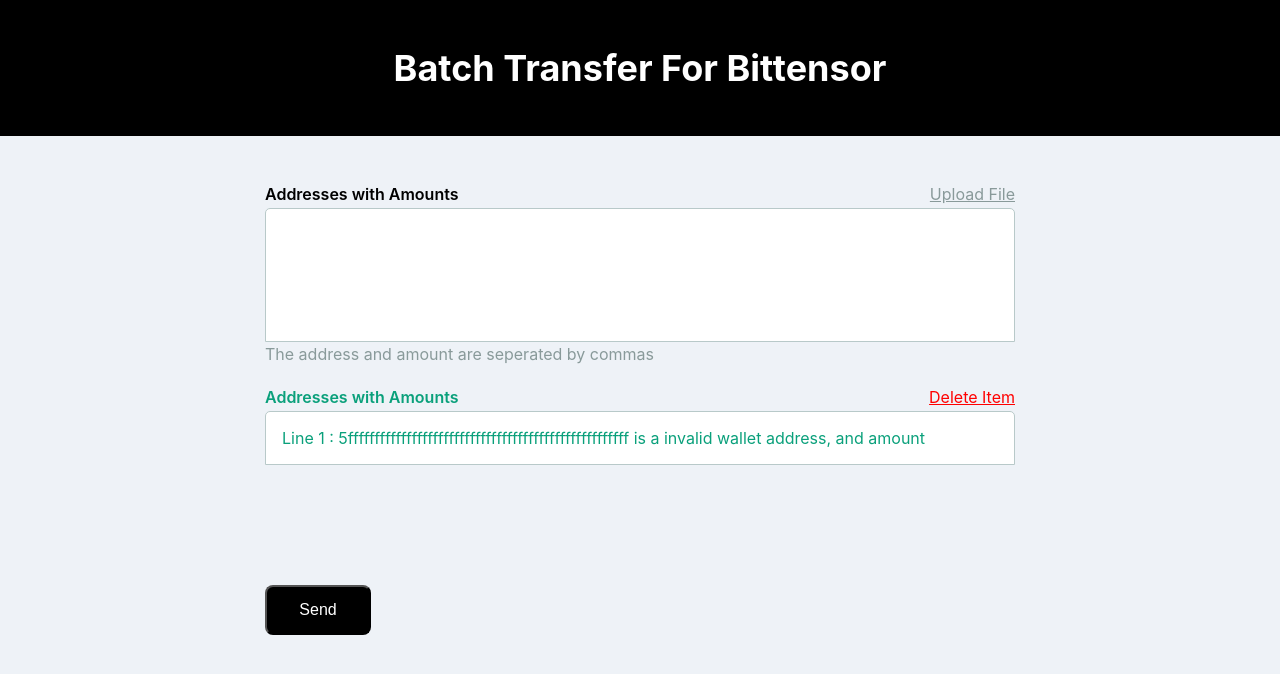
Repository: Dawid-Ace/batch_transfer_tao_master_ui
Page: /
An editor plug-in stored every save of this project. The page is shown before and after the next save, followed by the edit.
The browser window is 1280 px wide. The pictures show the whole page.
The project was rebuilt for these pictures with package versions that can differ from the ones it lists, and the page was loaded fresh each time.

Above is the page before, as saved 2023-05-10 04:46:56.

### src/App.js
import './App.css';
import { TransferForm } from './components/TransferForm';

function App() {
  return (
    <div className="app-container">
      <div className="header-container">
        Batch Transfer For Bittensor
      </div>

      <div className="main-container">
        <TransferForm />
      </div>
    </div>
  );
}

export default App;

### src/App.css
.app-container {
	display: flex;
	flex-direction: column;
	position: relative;
	width: 100%;
	height: 100vh;
}

.header-container {
	display: flex;
	justify-content: center;
	align-items: center;
	padding-top: 46px;
	padding-bottom: 46px;
	background-color: black;
	font-size: 36px;
	color: white;
	font-weight: 700;
}

.main-container {
	display: flex;
	justify-content: center;
	padding-top: 46px;
	background-color: rgb(238, 242, 247);
	height: 100%;
}

### src/components/TransferForm/index.jsx
import React, { useEffect, useState } from "react";
import styled from 'styled-components';
export const TransferForm = () => {
  /*
  const fetchUserBalance = async address => {
    const res = await api.query.system.account(address);
    if (res.isEmpty) return 0;
    const { data } = res.toJSON();
    return data.free / UNIT;
  };

  const fetchAndSetUserBalance = async () => {
    const _balance = await fetchUserBalance(currentAccount.address);
    setBalance(_balance);
  };

  const getFromAccount = async () => {
    const {
      address,
      meta: { source, isInjected }
    } = currentAccount;

    if (!isInjected) {
      return [currentAccount];
    }

    // currentAccount is injected from polkadot-JS extension, need to return the addr and signer object.
    // ref: https://polkadot.js.org/docs/extension/cookbook#sign-and-send-a-transaction
    const injector = await web3FromSource(source);
    return [address, { signer: injector.signer }];
  };

  const txResHandler = ({ status }) => {
    setTxStatus({
      visible: true,
      ...(status.isFinalized
        ? { type: 'success', message: 'Success' }
        : { type: 'info', message: `Current transaction status: ${status.type}` })
    });
    if (status.isFinalized) fetchInfo();
  };

  const txErrHandler = err => {
    setTxStatus({ visible: true, type: 'error', message: `😞 Transaction Failed: ${err.toString()}` });
  };

  const submitTx = async tx => {
    setPending(true);
    const fromAccount = await getFromAccount();
    tx.signAndSend(...fromAccount, txResHandler)
      .catch(txErrHandler)
      .finally(() => setPending(false));
  };

  const onUnstake = () => {
    submitTx(api.tx.subtensorModule.removeStake(HOTKEY, Math.floor(amount * UNIT)));
  };
  */

  const [inputMode, setInputMode] = useState('input');
  const isInputMode = inputMode === 'input';

  const FlexWrapper = styled.div`
    display: flex;
    justify-content: space-between;
    items-align: center;
  `

  const Label = styled.p`
    font-weight: 600;
    font-size: 16px;
    line-height: 160%;
    margin: 0px;
  `;

  const Switch = styled.p`
    color: ${(props) => props.color || '#899A9A'};
    font-size: 16px;
    font-weight: 400;
    line-height: 160%;
    text-decoration: underline;
    margin: 0px;
    cursor: pointer;
  `

  const FormWrapper = styled.form`
    max-width: 750px;
    min-width: 750px;
    display: flex;
    flex-direction: column;
    flex-grow: 1;
    position: relative;
  `;

  const FormInput = styled.div`
    border: solid 1px #B8C9C9;
    border-top-left-radius: 5px;
    border-top-right-radius: 5px;
    padding: 16px;
    background-color: white;
    min-height: 100px;
  `

  const DragAndDrop = styled.div`
    display: flex;
    flex-direction: column;
    justify-content: center;
    align-items: center;
    gap: 17px;


    cursor: pointer;
    border: solid 1px #B8C9C9;
    border-top-left-radius: 5px;
    border-top-right-radius: 5px;
    padding: 20px;
    background-color: white;
    min-height: 100px;
  `

  const Comment = styled.div`
    color: #899A9A;
    font-weight: 400;
    font-size: 16px;
    line-height: 160%;
  `
  const SendButton = styled.button`
    width: 106px;
    height: 50px;
    background: #000000;
    border-radius: 8px;
    font-weight: 400;
    font-size: 16px;
    line-height: 160%;
    color: white;
    margin-top: 120px;
  `

  const ResultWrapper = styled.div`
    display: flex;
    flex-direction: column;
    color: ${(props) => props.color};
    border-color: red;
    margin-top: 18px;
 `

  const ResultListItem = styled.div`
    border: solid 1px #B8C9C9;
    border-top-left-radius: 5px;
    border-top-right-radius: 5px;
    padding: 16px;
    background-color: white;
  `

  return (
    <FormWrapper>
      <FlexWrapper>
        <Label> Addresses with Amounts </Label>

        <Switch onClick={() =>
          setInputMode(prev => prev === 'input' ? 'upload' : 'input')
        }>
          {isInputMode ? 'Upload File' : 'Insert Manually'}
        </Switch>
      </FlexWrapper>

      {
        isInputMode ?
          <FormInput contentEditable placeholder="Insert address and amount, seperate with comma" />
          :
          <DragAndDrop>
            <svg width="18" height="20" viewBox="0 0 18 20" fill="none" xmlns="http://www.w3.org/2000/svg">
              <path d="M1 18H17C17.2652 18 17.5196 18.1054 17.7071 18.2929C17.8946 18.4804 18 18.7348 18 19C18 19.2652 17.8946 19.5196 17.7071 19.7071C17.5196 19.8946 17.2652 20 17 20H1C0.734784 20 0.48043 19.8946 0.292893 19.7071C0.105357 19.5196 0 19.2652 0 19C0 18.7348 0.105357 18.4804 0.292893 18.2929C0.48043 18.1054 0.734784 18 1 18ZM10 15V3.414L12.293 5.707C12.4816 5.88915 12.7342 5.98995 12.9964 5.98767C13.2586 5.98539 13.5094 5.88022 13.6948 5.69482C13.8802 5.50941 13.9854 5.2586 13.9877 4.9964C13.99 4.7342 13.8892 4.4816 13.707 4.293L9.707 0.292997C9.6139 0.200353 9.50347 0.126956 9.382 0.0769973C9.26106 0.0261718 9.13119 -7.62939e-06 9 -7.62939e-06C8.86881 -7.62939e-06 8.73894 0.0261718 8.618 0.0769973C8.49653 0.126956 8.3861 0.200353 8.293 0.292997L4.293 4.293C4.19749 4.38524 4.12131 4.49559 4.0689 4.61759C4.01649 4.7396 3.9889 4.87082 3.98775 5.0036C3.9866 5.13638 4.0119 5.26805 4.06218 5.39095C4.11246 5.51385 4.18671 5.6255 4.2806 5.71939C4.3745 5.81329 4.48615 5.88754 4.60905 5.93782C4.73194 5.9881 4.86362 6.0134 4.9964 6.01225C5.12918 6.01109 5.2604 5.98351 5.3824 5.9311C5.50441 5.87869 5.61475 5.80251 5.707 5.707L8 3.414V15C8 15.2652 8.10536 15.5196 8.29289 15.7071C8.48043 15.8946 8.73478 16 9 16C9.26522 16 9.51957 15.8946 9.70711 15.7071C9.89464 15.5196 10 15.2652 10 15Z" fill="#899A9A" />
            </svg>
            <Comment>
              Drop your files or click to upload
            </Comment>
          </DragAndDrop>
      }

      <Comment>
        {isInputMode ? 'The address and amount are seperated by commas' : 'Accepted CSV/Excel/Txt'}
      </Comment>

      <ResultWrapper color='#0AA07B'>
        <FlexWrapper>
          <Label> Addresses with Amounts </Label>
          <Switch color={'red'}>
            Delete Item
          </Switch>
        </FlexWrapper>

        <ResultListItem>
          Line 1 : 5fffffffffffffffffffffffffffffffffffffffffffffffffffff is a invalid wallet address, and amount
        </ResultListItem>
      </ResultWrapper>

      <SendButton>
        Send
      </SendButton>
    </FormWrapper>
  )
}

Loaded but not shown: public/index.html (common file); src/index.js (common file); src/index.css (common file); src/reportWebVitals.js (common file)

After the next save:
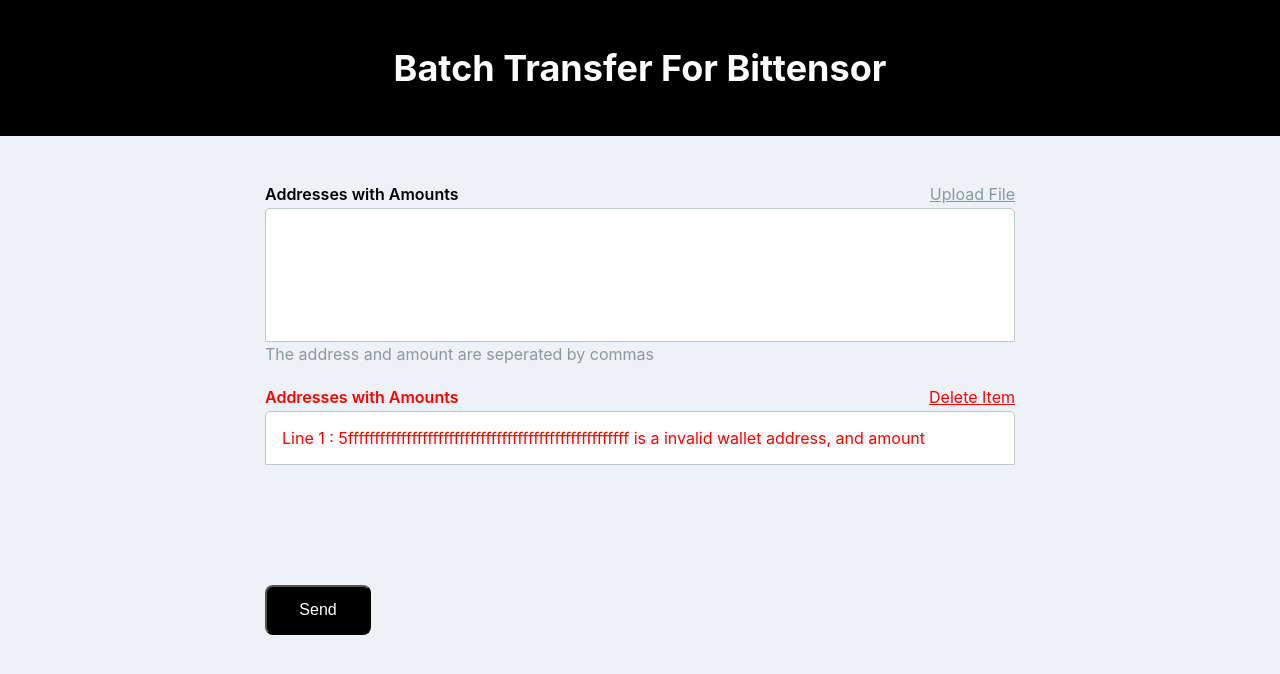
Saved 4 s later.
--- a/src/components/TransferForm/index.jsx
+++ b/src/components/TransferForm/index.jsx
@@ -182,7 +182,7 @@
         {isInputMode ? 'The address and amount are seperated by commas' : 'Accepted CSV/Excel/Txt'}
       </Comment>
 
-      <ResultWrapper color='#0AA07B'>
+      <ResultWrapper color='red'>
         <FlexWrapper>
           <Label> Addresses with Amounts </Label>
           <Switch color={'red'}>
